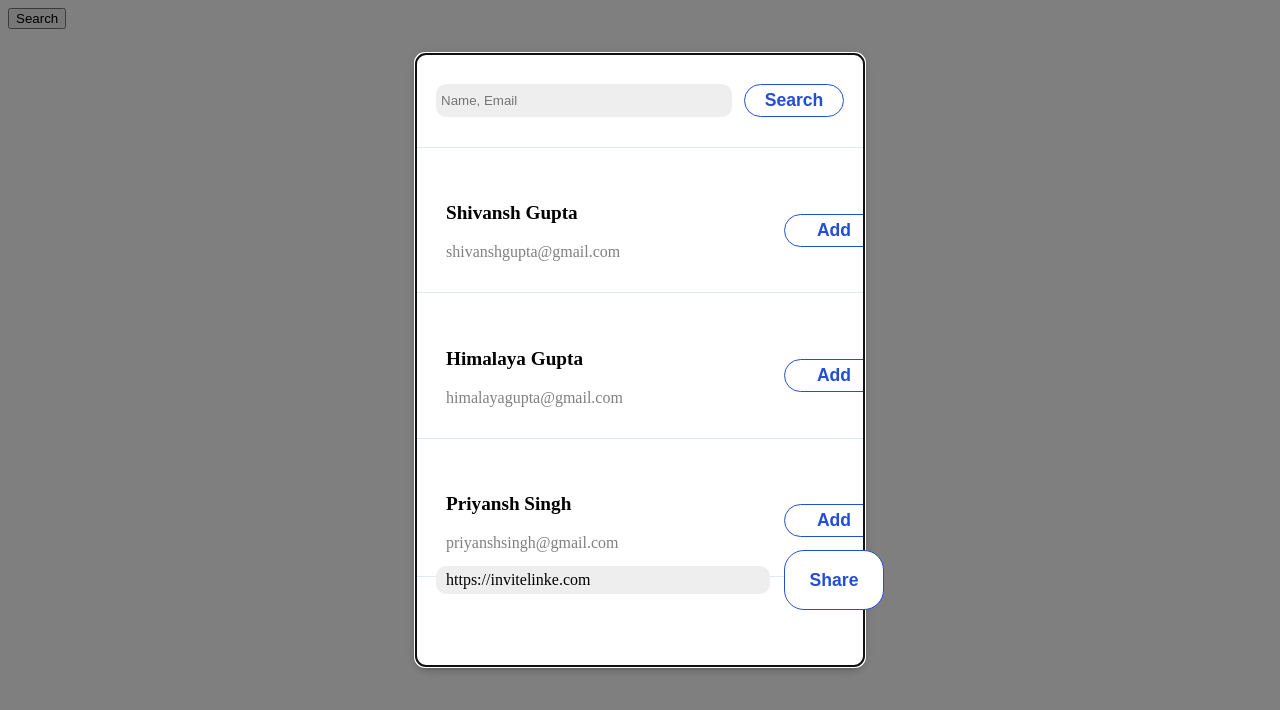
Repository: shiv0403/event-planner
Page: /, after clicking the first element matching `button`
The author's editor kept a copy of each file at every save. The page is drawn from the files as they stood at one save, then again after the next save.
The browser window is 1280 px wide. The pictures show the whole page.
An inner scrolling area shows only its first screen. The project was rebuilt for these pictures with package versions that can differ from the ones it lists, and the page was loaded fresh each time.

Above is the page before, as saved 2021-07-27 12:50:09.

### src/App.js
import React from "react";
import Modal from "./Components/SearchModal/SearchModal";

function App() {
  return (
    <div className="App">
      <Modal />
    </div>
  );
}

export default App;

### src/Components/SearchModal/SearchModal.js
import React, { useState } from "react";
import { makeStyles } from "@material-ui/core/styles";
import Modal from "@material-ui/core/Modal";
import Backdrop from "@material-ui/core/Backdrop";
import Fade from "@material-ui/core/Fade";
import SearchPerson from "./SearchPerson";

import "./SearchModal.css";

const useStyles = makeStyles((theme) => ({
  modal: {
    display: "flex",
    alignItems: "center",
    justifyContent: "center",
  },
  paper: {
    backgroundColor: theme.palette.background.paper,
    boxShadow: theme.shadows[5],
    // padding: theme.spacing(2, 4, 3),
    width: "35%",
    borderRadius: "10px",
    height: "85%",
  },
}));

export default function TransitionsModal() {
  const classes = useStyles();
  const [open, setOpen] = useState(false);
  const [data, setData] = useState([
    {
      name: "Shivansh Gupta",
      email: "shivanshgupta@gmail.com",
    },
    {
      name: "Himalaya Gupta",
      email: "himalayagupta@gmail.com",
    },
    {
      name: "Priyansh Singh",
      email: "priyanshsingh@gmail.com",
    },
    {
      name: "asdlkfj lskdjf",
      email: "sadlkfj@lskdf.com",
    },

    {
      name: "asdlkfj lskdjf",
      email: "sadlkfj@lskdf.com",
    },
    {
      name: "asdlkfj lskdjf",
      email: "sadlkfj@lskdf.com",
    },
    {
      name: "asdlkfj lskdjf",
      email: "sadlkfj@lskdf.com",
    },
    {
      name: "asdlkfj lskdjf",
      email: "sadlkfj@lskdf.com",
    },
    {
      name: "asdlkfj lskdjf",
      email: "sadlkfj@lskdf.com",
    },
  ]);

  const handleOpen = () => {
    setOpen(true);
  };

  const handleClose = () => {
    setOpen(false);
  };

  return (
    <div>
      <button type="button" onClick={handleOpen}>
        Search
      </button>
      <Modal
        aria-labelledby="transition-modal-title"
        aria-describedby="transition-modal-description"
        className={classes.modal}
        open={open}
        onClose={handleClose}
        closeAfterTransition
        BackdropComponent={Backdrop}
        BackdropProps={{
          timeout: 500,
        }}
      >
        <Fade in={open}>
          <div className={classes.paper}>
            <div className="search__header">
              <input type="text" placeholder="Name, Email" />
              <button type="submit"> Search</button>
            </div>
            <div className="search__body">
              {data.map((person) => (
                <SearchPerson name={person.name} email={person.email} />
              ))}
            </div>
            <div className="search__footer">
              <p>https://invitelinke.com</p>
              <button type="submit">Share</button>
            </div>
          </div>
        </Fade>
      </Modal>
    </div>
  );
}

### src/Components/SearchModal/SearchPerson.js
import React from "react";
import "./SearchPerson.css";

function SearchPerson({ name, email }) {
  return (
    <div className="search__person">
      <div className="sp__details">
        <h3>{name}</h3>
        <p>{email}</p>
      </div>

      <div className="sp__add">
        <button type="submit">Add</button>
      </div>
    </div>
  );
}

export default SearchPerson;

### src/Components/SearchModal/SearchModal.css
.search__header {
  display: flex;
  justify-content: space-between;
  /* margin-bottom: 40px; */
  /* margin-top: 20px; */
  padding: 30px 20px;
  border-bottom: 1px solid #e2e8f0;
  /* background-color: red; */
}

.search__header > input {
  border-radius: 10px;
  width: 70%;
  padding: 5px;
  margin-right: 10px;
  background-color: #eee;
  outline: none;
  border: 0px;
}

.search__header > button {
  padding: 5px 3px;
  width: 100px;
  border: 1px #244ed8 solid;
  font-size: 1.1rem;
  border-radius: 20px;
  background-color: #fff;
  font-weight: 800;
  color: #244ed8;
}

.search__body {
  overflow-y: auto;
  height: 70%;
  border-bottom: 1px solid #e2e8f0;
}

.search__body::-webkit-scrollbar {
  display: none;
}

.search__footer {
  display: flex;
  justify-content: space-between;
  margin-top: 40px;
  padding: 20px;
  position: absolute;
  bottom: 90px;
  width: 35%;
  /* border-top: 1px solid #e2e8f0; */
}

.search__footer > p {
  background-color: #eee;
  padding: 5px 10px;
  width: 70%;
  border-radius: 10px;
  margin-right: 10px;
}

.search__footer > button {
  padding: 5px 3px;
  width: 100px;
  border: 1px #244ed8 solid;
  font-size: 1.1rem;
  border-radius: 20px;
  background-color: #fff;
  font-weight: 800;
  color: #244ed8;
}

.search__footer > button:hover {
  background-color: RGBA(36, 78, 216, 0.1);
  box-shadow: inset 0 0 0 1.5px #244ed8;
  transition: all 0.3s;
}

### src/Components/SearchModal/SearchPerson.css
.search__person {
  display: flex;
  justify-content: space-between;
  align-items: center;
  padding: 5px 20px;
  width: 100%;
  margin: 20px auto;
  border-bottom: 1px #e2e8f0 solid;
}

.sp__details {
  /* background-color: #eee; */
  border-radius: 10px;
  width: 95%;
  padding: 10px;
  margin-right: 10px;
}

.sp__details > h3 {
  font-size: 1.2rem;
  font-weight: 800;
}

.sp__details > p {
  font-size: 1rem;
  margin-top: 5px;
  color: gray;
}

.sp__add > button {
  padding: 5px 3px;
  width: 100px;
  border: 1px #244ed8 solid;
  font-size: 1.1rem;
  border-radius: 20px;
  background-color: #fff;
  font-weight: 800;
  color: #244ed8;
}

.sp__add > button:hover {
  background-color: RGBA(36, 78, 216, 0.1);
  box-shadow: inset 0 0 0 1.5px #244ed8;
  transition: all 0.3s;
}

/*
#f7fafc
#2563eb
#414a59
#244ed8 */

Loaded but not shown: public/index.html (common file); src/index.js (common file)

After the next save:
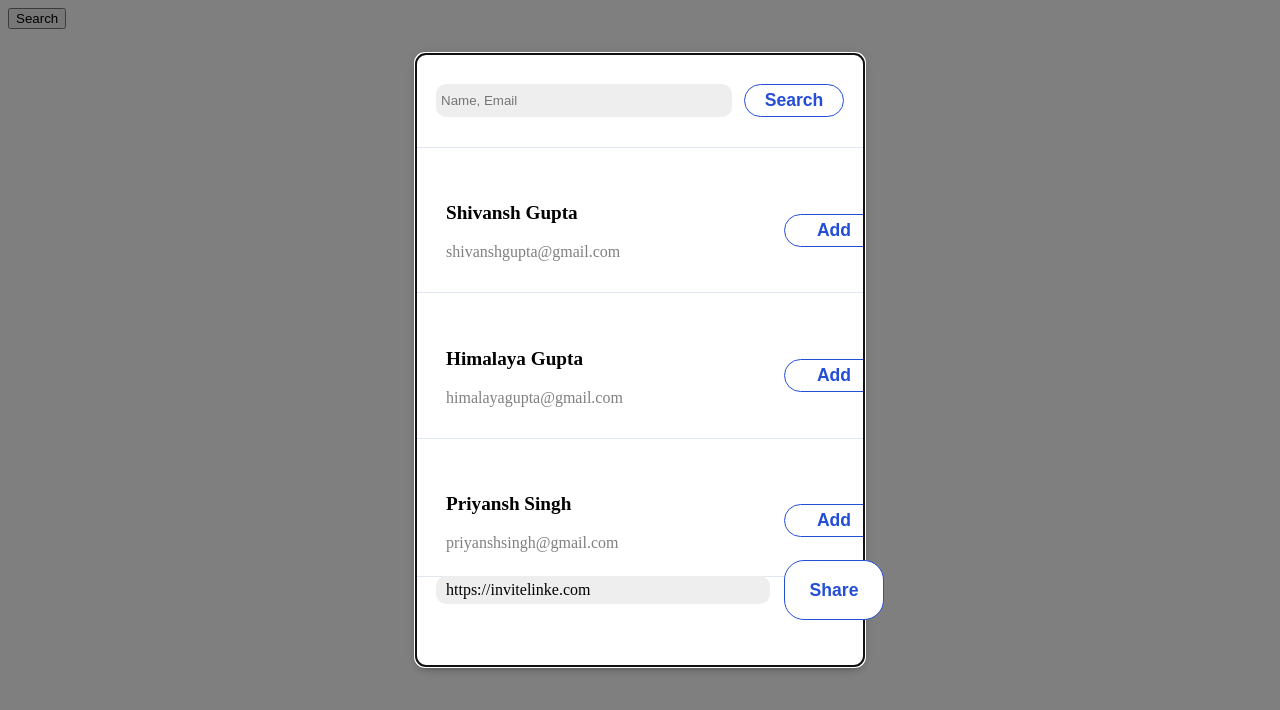
Saved 8 s later.
--- a/src/Components/SearchModal/SearchModal.css
+++ b/src/Components/SearchModal/SearchModal.css
@@ -45,7 +45,7 @@
   margin-top: 40px;
   padding: 20px;
   position: absolute;
-  bottom: 90px;
+  bottom: 80px;
   width: 35%;
   /* border-top: 1px solid #e2e8f0; */
 }
